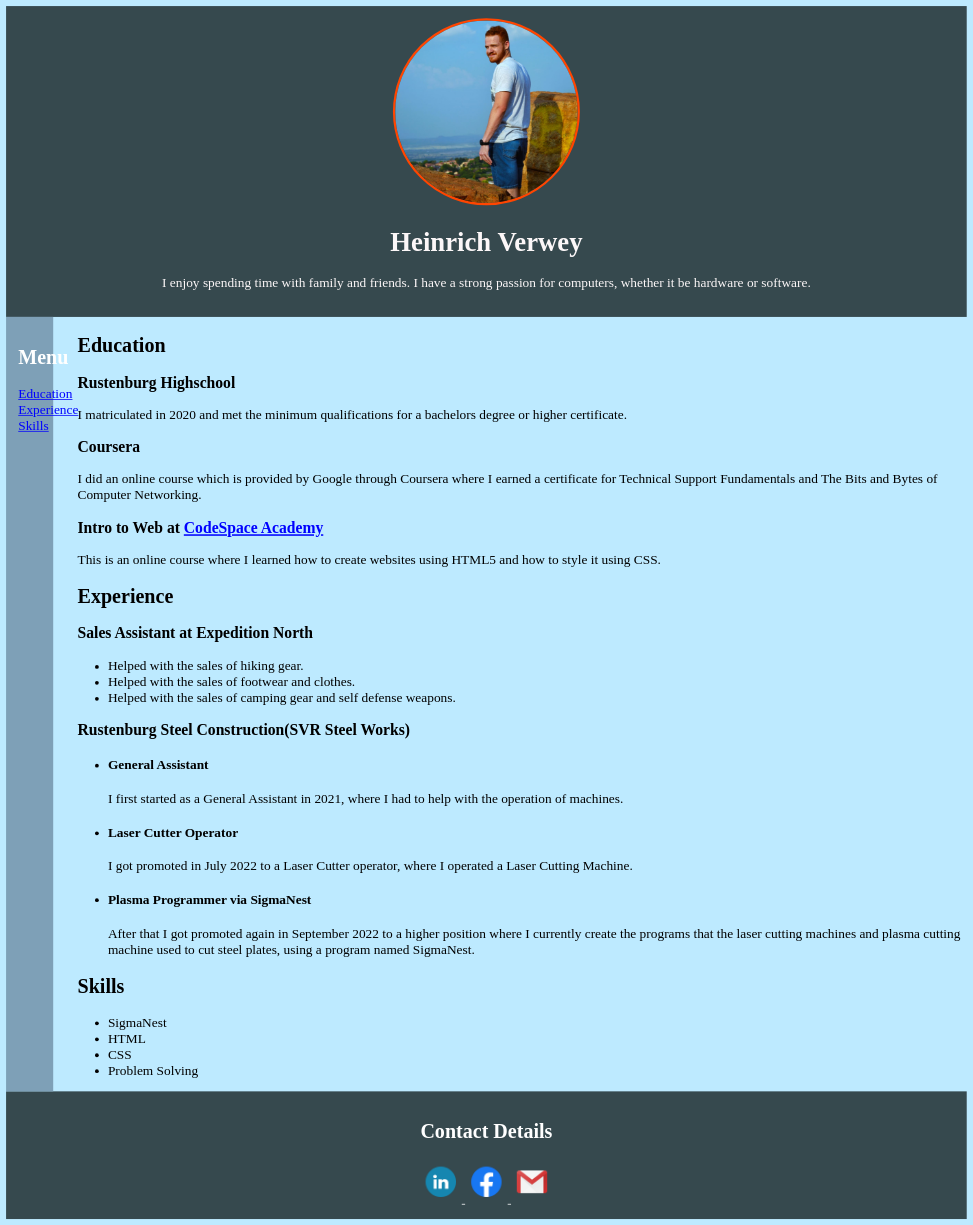
Repository: W3asl3y/IntroToWebDesign
Page: index.html
An editor plug-in stored every save of this project. The page is shown before and after the next save, followed by the edit.
The browser window is 1280 px wide. The pictures show the whole page, at 76% of full size.

Above is the page before, as saved 2022-11-04 14:50:02.

After the next save:
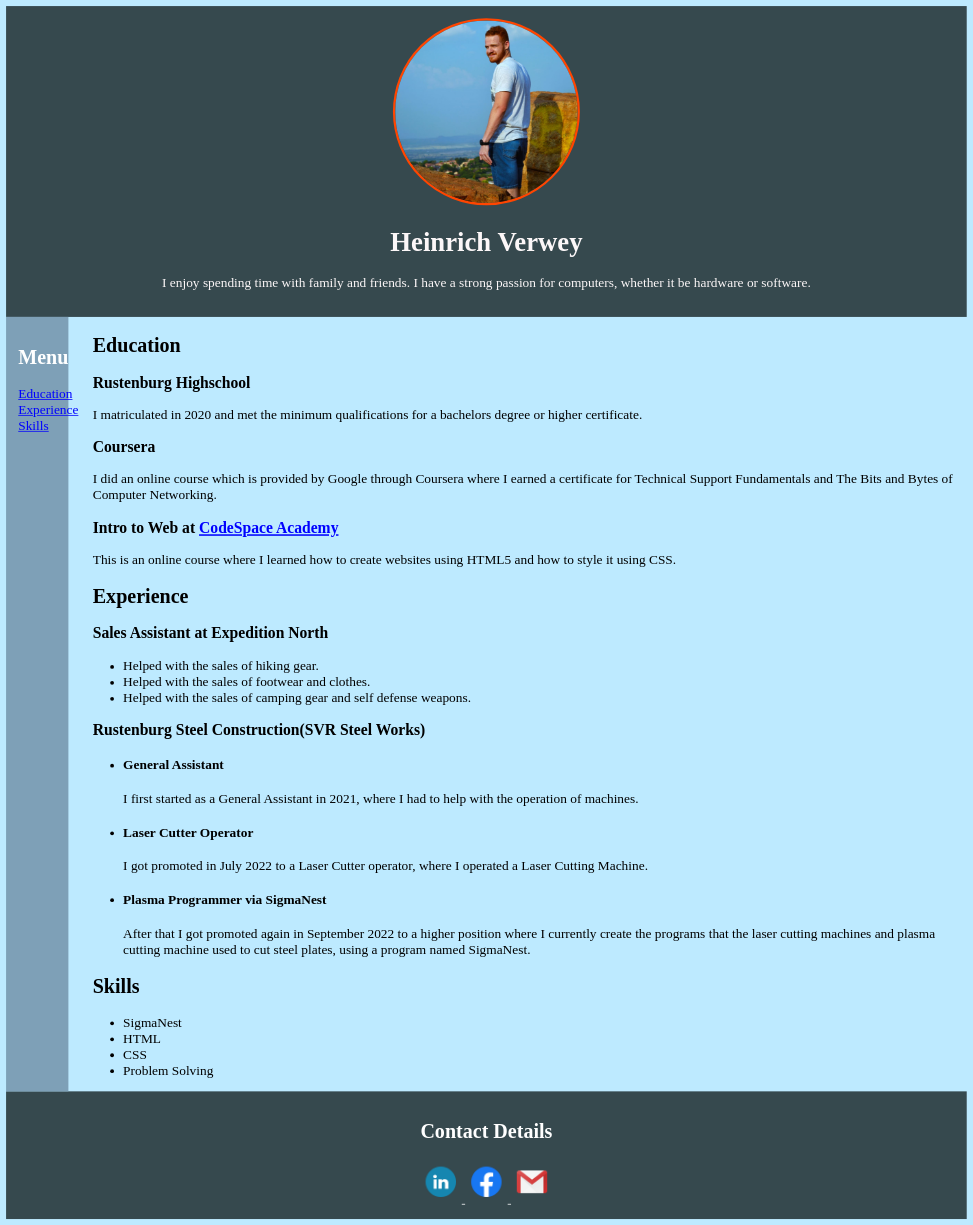
Saved 4 s later.
--- a/CSS/stylesheet.css
+++ b/CSS/stylesheet.css
@@ -27,7 +27,7 @@ header {
 
 #sidebar {
     background-color: #7ea0b7;
-    width: 30px  ;
+    width: 50px  ;
     padding: 1rem;
     position: sticky;
 }
